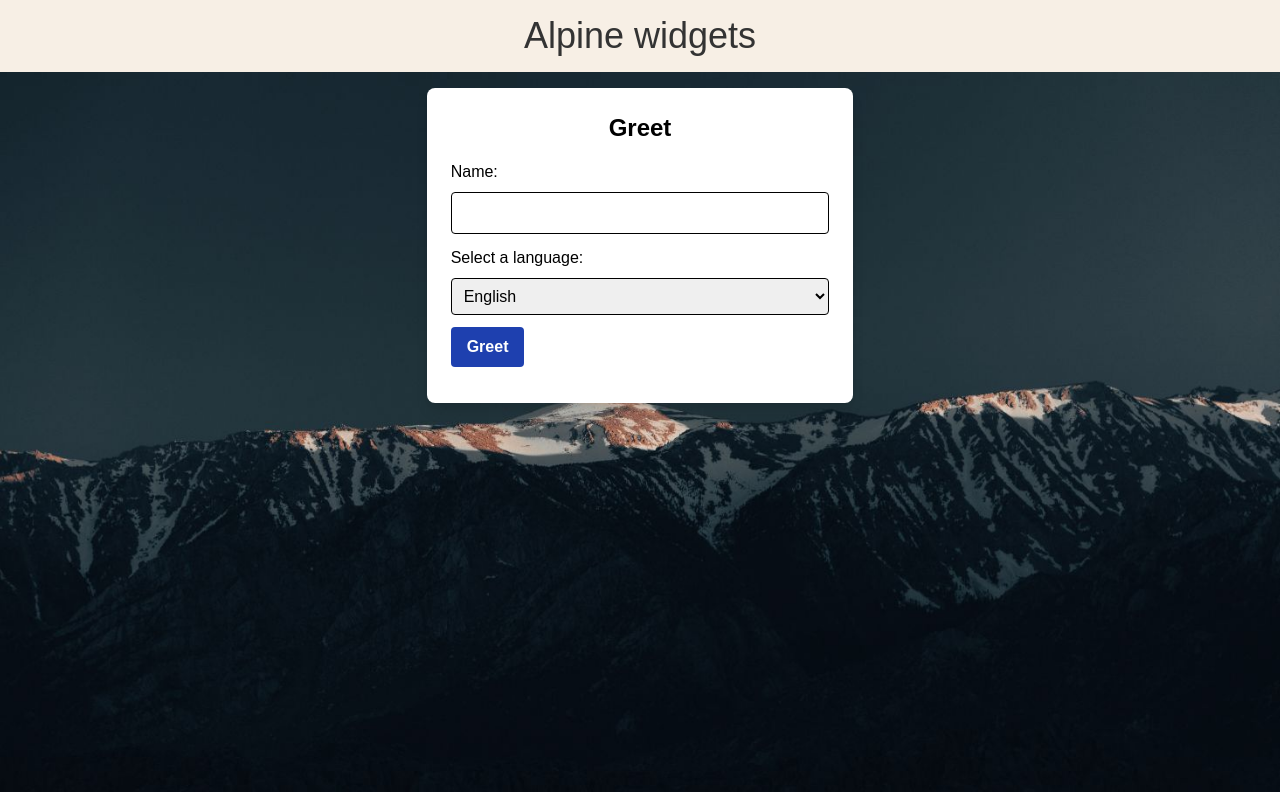
Repository: lasity34/alpine-bootcamp-widgets
Page: index.html
The author's editor kept a copy of each file at every save. The page is drawn from the files as they stood at one save, then again after the next save.
The browser window is 1280 px wide. The pictures show the whole page.
Some web fonts or font styles are not loaded; a fallback is used. Some web libraries are served in a nearby version.

Above is the page before, as saved 2023-07-12 11:51:21.

After the next save:
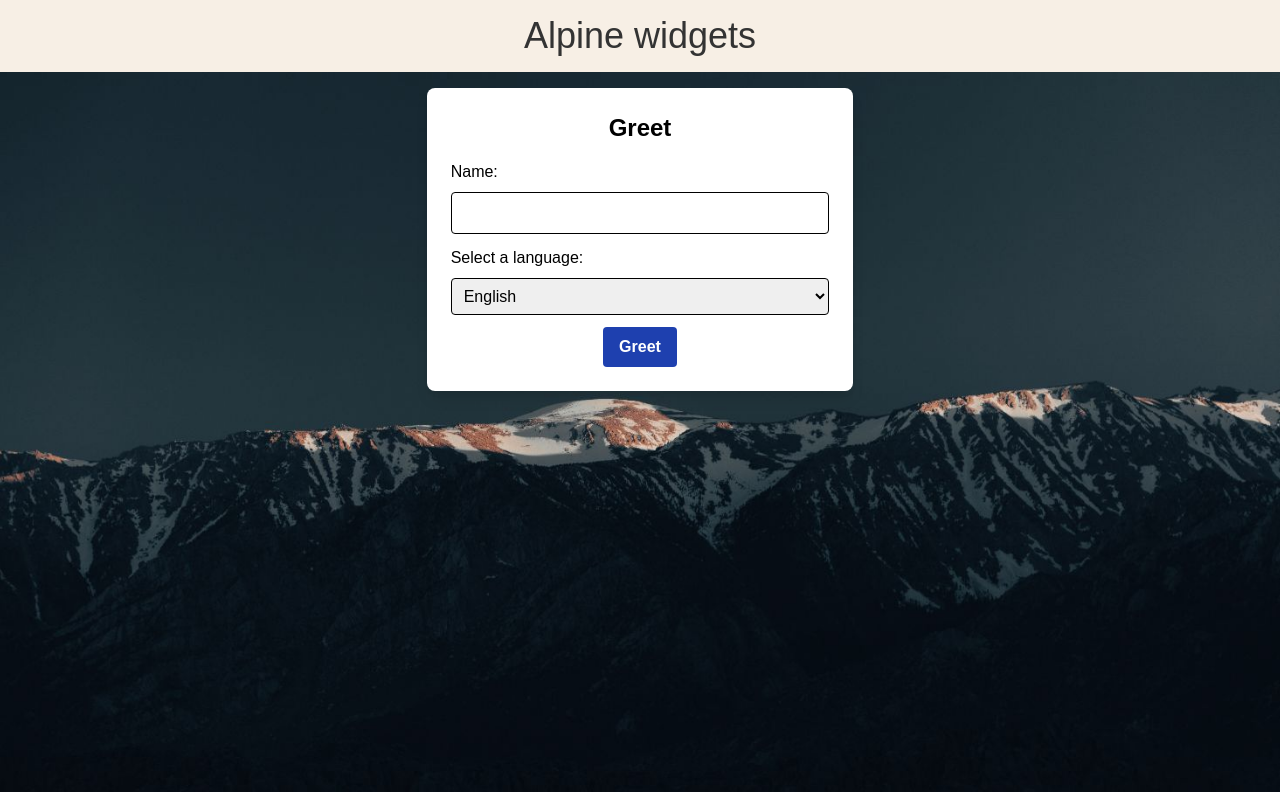
Saved 111 s later.
--- a/index.html
+++ b/index.html
@@ -42,7 +42,7 @@
             <option>French</option>
             <option>Spanish</option>
           </select>
-          <div class="mx-auto">
+          <div class="flex justify-center">
             <button
               @click="greeting()"
               class="text-center mt-3 bg-blue-800 hover:bg-blue-900 text-white font-bold py-2 px-4 rounded"
